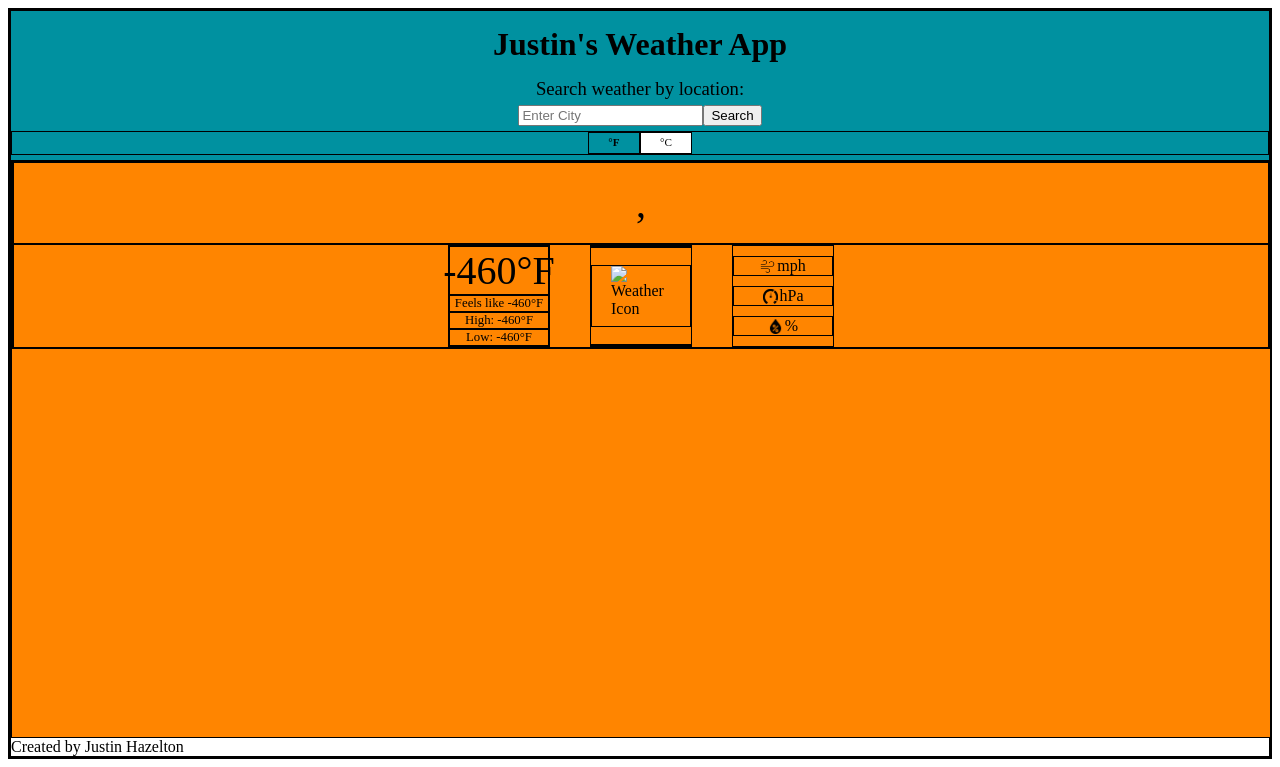
Repository: J-Haze/Weather
Page: /
The author's editor kept a copy of each file at every save. The page is drawn from the files as they stood at one save, then again after the next save.
The browser window is 1280 px wide. The pictures show the whole page.
The project was rebuilt for these pictures with package versions that can differ from the ones it lists, and the page was loaded fresh each time. Also part of the build but not shown: src/index.css.

Above is the page before, as saved 2020-09-07 10:01:40.

After the next save:
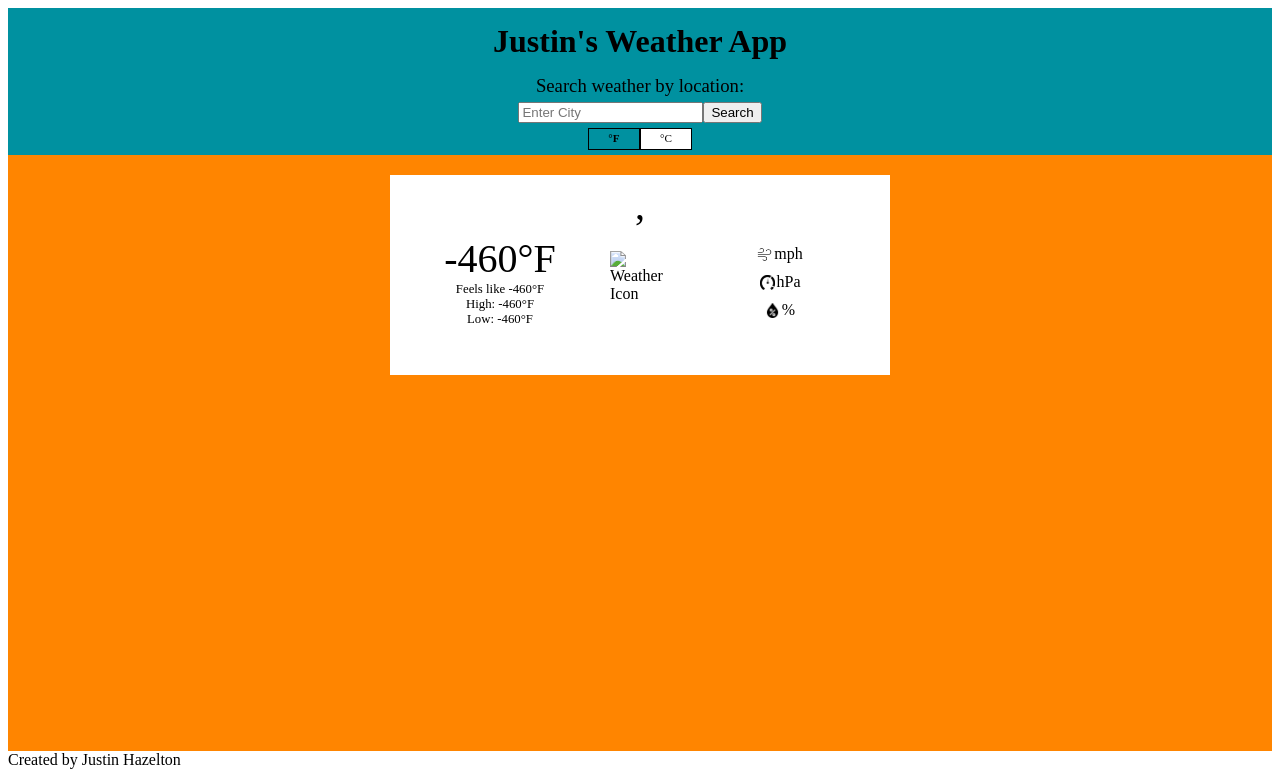
Saved 55 s later.
--- a/src/App.css
+++ b/src/App.css
@@ -4,9 +4,9 @@
     --dark-blue: rgb(0, 39, 96);
 }
 
-div {
+/* div {
     border: solid black 1px;
-}
+} */
 
 /* #root{
         width: 100%;
@@ -116,15 +116,16 @@ header{
     margin-top: 0px;
     height: 100%;
     min-height: 80vh;
-}
-
-
-
-#results-card{
+    padding-top: 20px;
+}
+
+
+
+.results-card{
     background-color: white;
     width: 500px;
-    height: 500px;
-    margin-top: 20px;
+    height: 200px;
+    margin-bottom: 20px;
     margin-left: auto;
     margin-right: auto;
 }
@@ -135,7 +136,7 @@ header{
     margin-right: auto;
     justify-content: center;
      align-items: center;
-     height: 80px;
+     height: 60px;
      font-size: 2.5em;
 }
 
